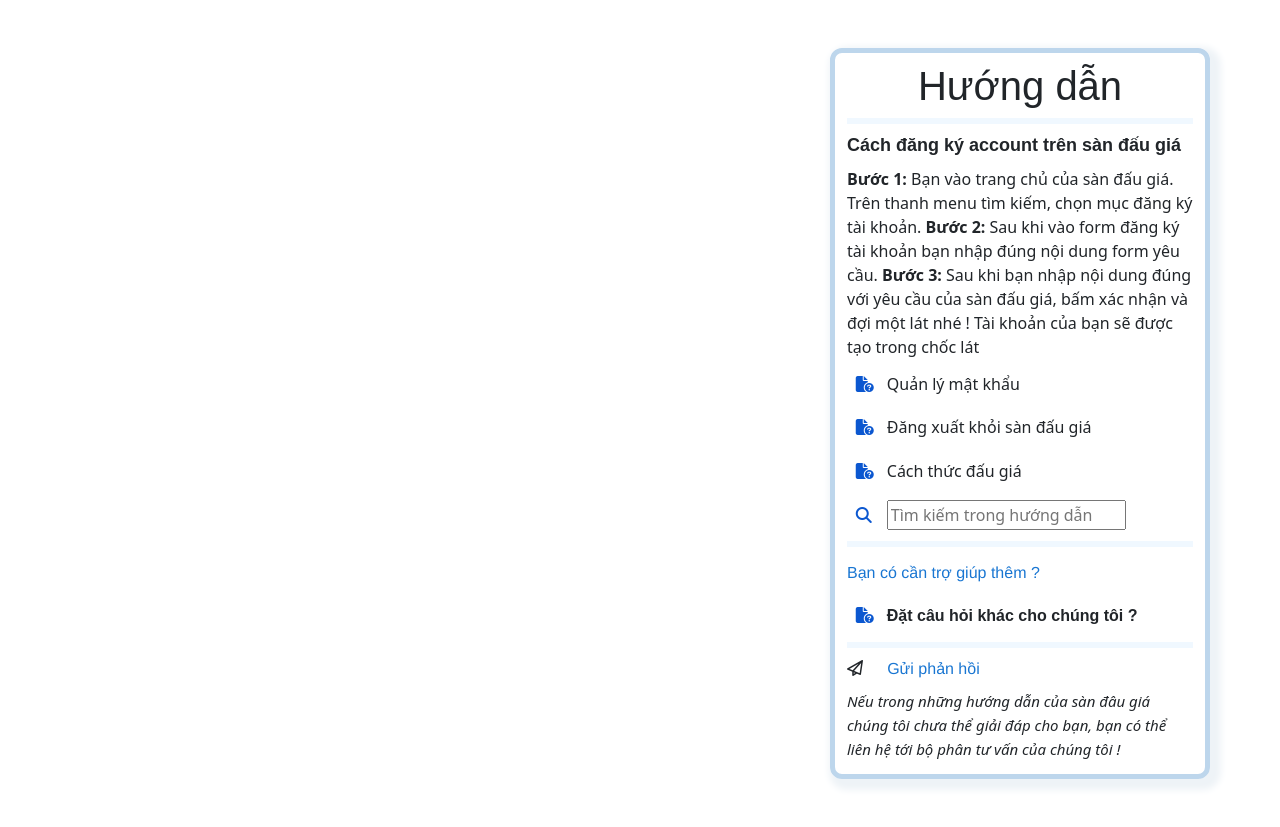
Repository: SonPhamThe/C0622G1-module5
Page: prototype--module6/guides/guide1.html
The author's editor kept a copy of each file at every save. The page is drawn from the files as they stood at one save, then again after the next save.
The browser window is 1280 px wide. The pictures show the whole page.
Some web libraries are served in a nearby version.

Above is the page before, as saved 2022-12-07 15:13:24.

After the next save:
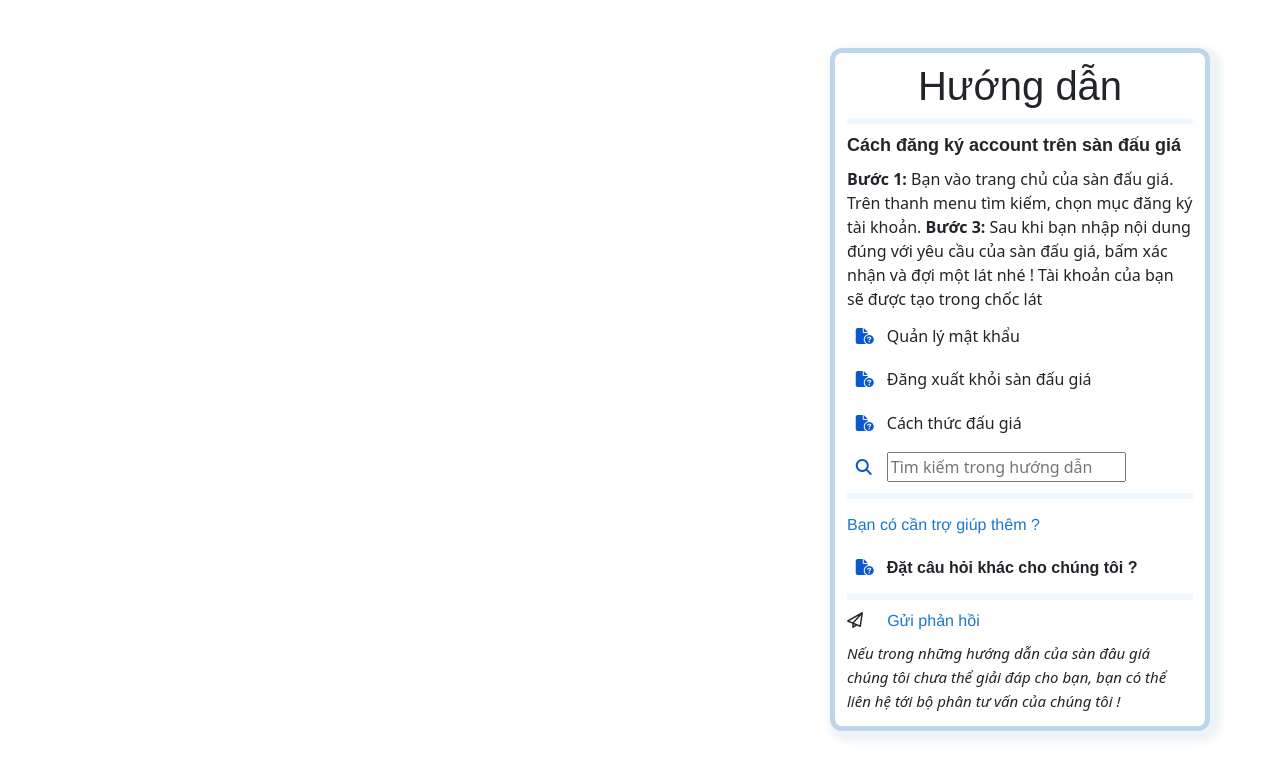
Saved 16 s later.
--- a/prototype--module6/guides/guide1.html
+++ b/prototype--module6/guides/guide1.html
@@ -64,9 +64,6 @@
                 <strong>Bước 1:</strong>
                 Bạn vào trang chủ của sàn đấu giá. Trên thanh menu tìm kiếm,
                 chọn mục đăng ký tài khoản.
-                <strong>Bước 2:</strong>
-                Sau khi vào form đăng ký tài khoản bạn nhập đúng nội dung form
-                yêu cầu.
                 <strong>Bước 3:</strong>
                 Sau khi bạn nhập nội dung đúng với yêu cầu của sàn đấu giá, bấm
                 xác nhận và đợi một lát nhé ! Tài khoản của bạn sẽ được tạo
